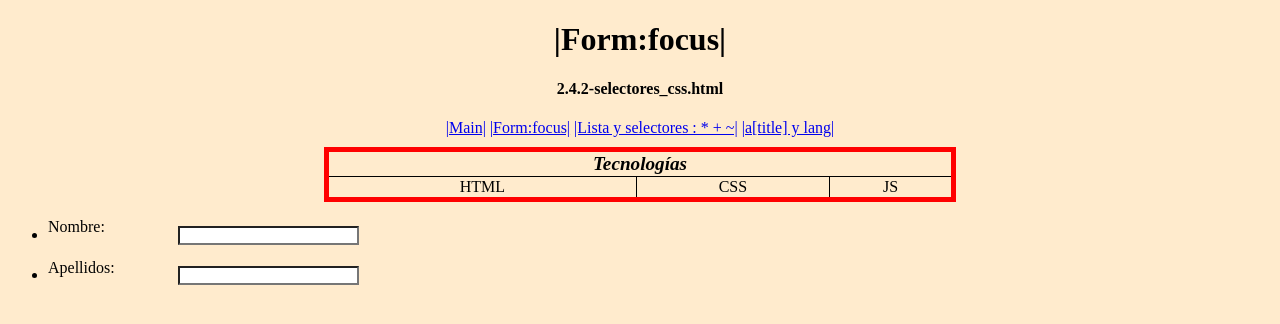
Repository: cesarsant0203/My_Study
Page: Introducción al desarrollo web/2-Css/2.4.2-selectores_css.html
The author's editor kept a copy of each file at every save. The page is drawn from the files as they stood at one save, then again after the next save.
The browser window is 1280 px wide. The pictures show the whole page.

Above is the page before, as saved 2020-04-28 17:22:03.

After the next save:
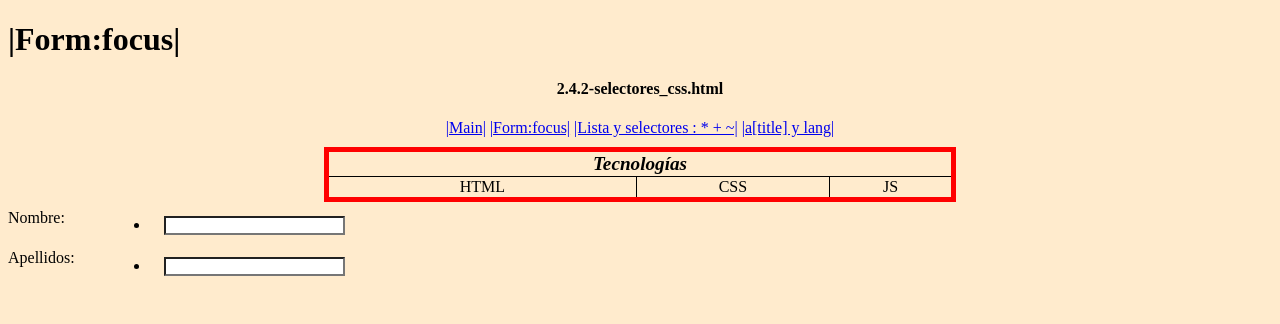
Saved 22 s later.
--- a/Introducción al desarrollo web/2-Css/2.4.2-selectores_css.html
+++ b/Introducción al desarrollo web/2-Css/2.4.2-selectores_css.html
@@ -9,7 +9,7 @@
 
 <body>
 
-    <h1 id="titulo">|Form:focus|</h1>
+    <h1 id="tittableo">|Form:focus|</h1>
     <h4>2.4.2-selectores_css.html</h4>
     <section id="mySection" class="box">
         <nav>
@@ -35,7 +35,7 @@
     </section>
     <article>
         <form action="...">
-            <ul>
+            <table>
                 <li>
                     <label for="name">Nombre:</label>
                     <input type="text" id="name" />
@@ -44,7 +44,7 @@
                     <label for="sname">Apellidos:</label>
                     <input type="text" id="sname" />
                 </li>
-            </ul>
+            </table>
         </form>
     </article>
 
